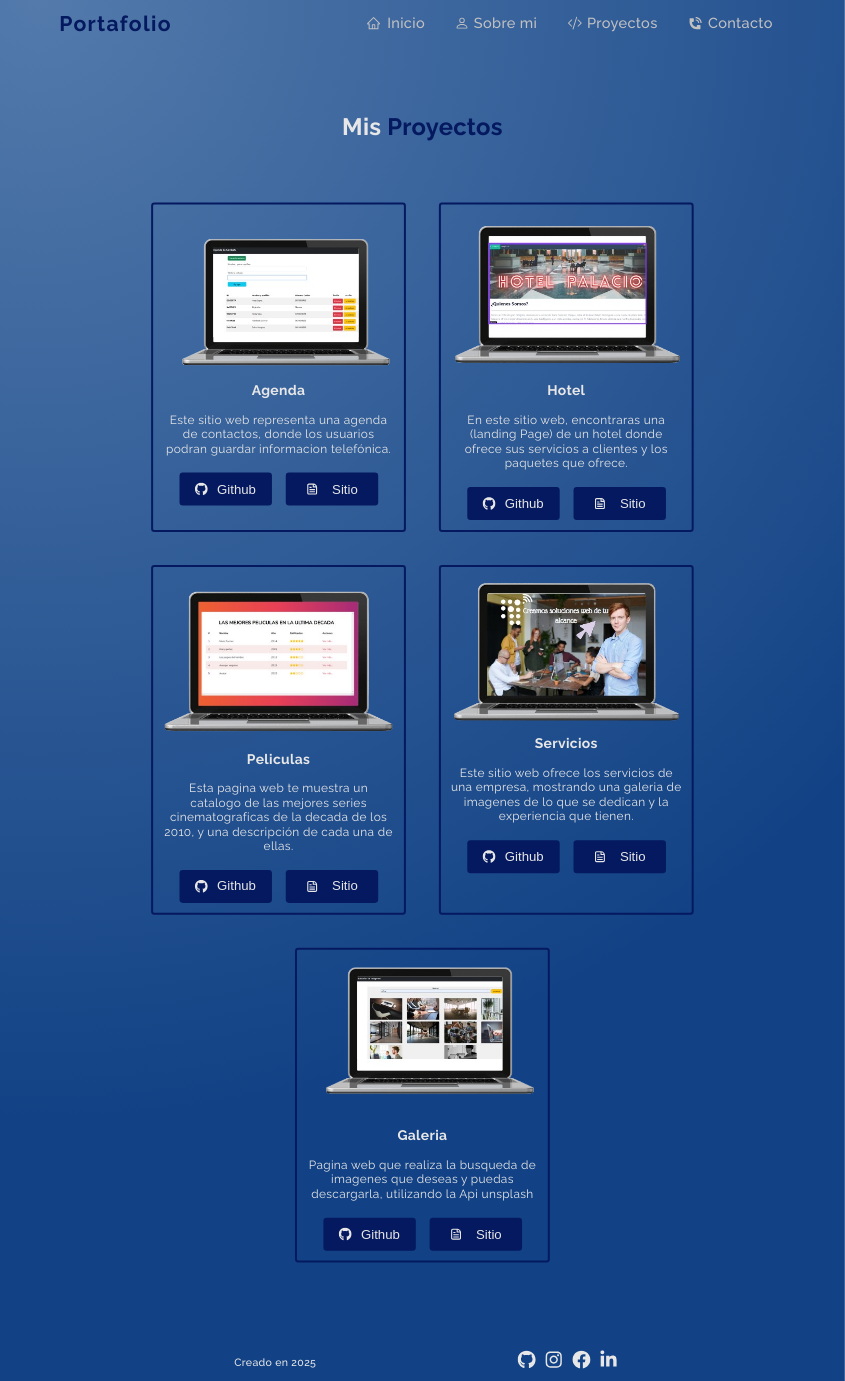
Repository: Francisco-Escobar99/portafolio
Page: /Project
These files come from the project's save history. The page is drawn as it stood at one moment and after the next save; the edit follows.
The browser window is 1280 px wide. The pictures show the whole page, at 66% of full size.
The project was rebuilt for these pictures with package versions that can differ from the ones it lists, and the page was loaded fresh each time. Also part of the build but not shown: vite.config.js, src/Components/Type.jsx, src/Components/Home.jsx, src/Components/Skills.jsx, src/Components/About.jsx, src/Components/Contact.jsx, src/App.css.

Above is the page before, as saved 2026-02-17 23:01:23.

### index.html
<!doctype html>
<html lang="en">
  <head>
    <meta charset="UTF-8" />
    <meta name="viewport" content="width=device-width, initial-scale=1.0" />
    <meta name="viewport"    content="width=device-width, initial-scale=1" />
    <meta name="author" content="Francisco Escobar">
    <meta name="description" content="Personal portfolio made using Reactjs"/>
    <meta property="og:title" content="Francisco Escobar portafolio">
    <meta property="og:type" content="Website">

    <title>Portafolio</title>
    <link href="https://fonts.googleapis.com/css2?family=Raleway:wght@100;400;500;700&display=swap" rel="stylesheet">
    <link rel="preconnect" href="https://fonts.googleapis.com">
    <link rel="preconnect" href="https://fonts.gstatic.com" crossorigin>
  </head>
  <body>
    <div id="root"></div>
    <script type="module" src="/src/main.jsx"></script>
  </body>
</html>

### src/App.jsx
import { Route, Routes, useLocation } from "react-router-dom";
import { useEffect, useState } from "react";
import { TransitionGroup, CSSTransition } from "react-transition-group";
import Nav from "./Components/Navbar";
import Footer from "./Components/Footer";
import Home from "./Components/Home";
import About from "./Components/About";
import Project from "./Components/Projects";
import Contact from "./Components/Contact";
import MoveToTop from "./Components/MoveToTop";
import CircleLoader from "react-spinners/CircleLoader";
import "./App.css";
2
function App() {
  const [loading, setLoading] = useState(true);
  const location = useLocation();

  useEffect(() => {
    setLoading(true);

    setTimeout(() => {
      setLoading(false);
    }, 1900);
  }, []);

  return (
    <div>
      {loading ? (
        <div className="loader">
          <CircleLoader
            color={"#011c38"}
            loading={true}
            size={100}
            aria-label="Loading Spinner"
            data-testid="loader"
          />
        </div>
      ) : (
        <>
          <Nav />
          <MoveToTop />

          <TransitionGroup>
            <CSSTransition key={location.key} classNames="fade" timeout={500}>
              <Routes location={location}>
                <Route path="/" element={<Home />} />
                <Route path="/About" element={<About />} />
                <Route path="/Project" element={<Project />} />
                <Route path="/Contact" element={<Contact />} />
              </Routes>
            </CSSTransition>
          </TransitionGroup>

          <Footer />
        </>
      )}
    </div>
  );
}

export default App;

### src/index.css
* {
  margin: 0;
  padding: 0;
}

#root {
  min-height: 100vh;
  position: relative;
  overflow-x: hidden;
  -webkit-tap-highlight-color: transparent;
  --color: #04195f;
}
body {
  font-family: "Raleway", sans-serif;
  background: radial-gradient(
    1700px circle at 4.48% 0%,
    #537aab 0%,
    #124285 100%
  );
  color: #e7e7e7;
  min-height: 100vh;
}

b {
  font-weight: 900;
  color: var(--color);
}

.loader {
  height: 100vh;
  display: flex;
  justify-content: center;
  align-items: center;
}
button {
  font-size: 20px;
  display: inline-flex;
  align-items: center;
  justify-content: space-evenly;
  width: 40%;
  margin: 25px 3% 0;
  padding: 10px;
  border-radius: 5px;
  background-color: var(--color);
  color: #e7e7e7;
  height: 50px;
  cursor: pointer;
  text-decoration: none;
  border-style: none;
}

button:hover {
  color: var(--color);
  background-color: #e7e7e7;
  transition: all ease-in-out 0.3s;
}

/* Scrollbar */
::-webkit-scrollbar {
  width: 10px;
  scroll-behavior: smooth;
}
::-webkit-scrollbar-track {
  background: #274656;
  border-radius: 100px;
}
::-webkit-scrollbar-thumb {
  background: #01111a;
  border-radius: 100px;
}

/* NAVBAR */

.Navbar {
  display: flex;
  justify-content: space-between;
  align-items: center;
  position: fixed;
  width: 100%;
  z-index: 2;
  height: 70px;
  top: 0;
  transition: all 0.7s;
}

.blur {
  background-color: #01111a8d;
  backdrop-filter: blur(15px);
  -webkit-backdrop-filter: blur(20px);
}

.Logo {
  font-size: 32px;
  letter-spacing: 2px;
  padding-left: 7%;
  color: var(--color);
  display: flex;
  align-items: center;
  text-align: center;
  cursor: pointer;
}

.NavbarLinks {
  display: flex;
  justify-content: space-between;
  align-items: center;
  padding-right: 7%;
  font-weight: 500;
  font-size: 22px;
}

.NavbarLinks li {
  padding: 2px 20px;
  list-style-type: none;
}

.NavbarLinks a {
  color: #c2c1c2;
  display: flex;
  align-items: center;
  justify-content: space-between;
  position: relative;
  width: 95%;
  padding: 2px 7px;
  letter-spacing: 0.5px;
  text-decoration: none;
}

.NavbarLinks a:hover {
  color: #ffffff;
}
.NavbarLinks a::after {
  background-color: #ffffff;
  content: "";
  position: absolute;
  height: 3px;
  left: 5px;
  bottom: 0;
  width: 0px;
  border-radius: 2px;
  transition: 0.3s;
}
.NavbarLinks a:hover:after {
  width: 95%;
}
.Hamburger {
  display: none;
}

@media (max-width: 800px) {
  .Navbar {
    width: 100%;
  }

  .NavbarLinks {
    font-size: 26px;
    display: flex;
    flex-direction: column;
    justify-content: flex-start;
    position: fixed;
    inset: 0 0 0 50%;
    gap: 50px;
    background-color: #0c2f69;
    height: 100vh;
    padding-top: max(20%, 120px);
    transform: translateX(100%);
    transition: 0.5s;
  }

  .showNavbar {
    transform: translateX(0);
  }

  .Hamburger {
    display: block;
    z-index: 2;
    padding: 5px;
    padding-right: 7%;
    cursor: pointer;
  }

  .bar {
    display: block;
    background-color: #e7e7e7;
    border-radius: 50px;
    height: 2.5px;
    width: 30px;
    margin: 6px;
    transition: 0.5s;
  }
  .barOne {
    rotate: -225deg;
    position: relative;
    top: 4px;
    transition: 0.5s;
  }
  .barTwo {
    display: none;
  }
  .barThree {
    position: relative;
    bottom: 4px;
    rotate: 225deg;
    transition: 0.5s;
  }
}

/* HOME PAGE */

.HomePage {
  display: flex;
  justify-content: space-evenly;
  min-height: 80vh;
  margin-top: 100px;
  margin-bottom: -50px;
  align-items: center;
}
.HomeText h1 {
  font-weight: 600;
  font-size: 38px;
  letter-spacing: 0.7px;
  padding-top: 10px;
}

.TypeEffect {
  padding: 25px 0px;
  font-weight: 600;
  font-size: 32px;
  letter-spacing: 0.6px;
}
.Avatar {
  height: 355px;
  width: 600px;
  mix-blend-mode: screen;
}

@media (max-width: 900px) {
  .HomePage {
    display: block;
    text-align: center;
    margin-top: 150px;
    padding: 25px;
  }
  .HomeText {
    text-align: left;
    display: inline-block;
  }
}

@media (max-width: 500px) {
  .HomePage {
    min-height: 70vh;
  }
  .NavbarLinks {
    inset: 0 0 0 30%;
  }
  .HomeText h1 {
    font-weight: 500;
    font-size: 28px;
  }
  .TypeEffect {
    font-weight: 500;
    font-size: 24px;
  }
}

/* ABOUT */

.AboutPage {
  display: flex;
  justify-content: space-evenly;
  min-height: 80vh;
  margin-top: 100px;
  align-items: center;
  padding: 25px;
}

.AboutText {
  width: 50%;
  font-weight: 500;
  font-size: 20px;
  line-height: 30px;
  letter-spacing: 1.2px;
}
.AboutTextHeading {
  font-size: 35px;
  font-weight: 600;
  padding-bottom: 40px;
}
.AboutText a {
  color: var(--color);
  text-decoration: underline;
  font-weight: bold;
}

.PortadaAvatar{
  height: 400px;
  width: 440px;

}

@media (max-width: 900px) {
  .AboutPage {
    display: block;
    text-align: center;
    padding: 30px;
  }
  .AboutText {
    text-align: left;
    display: inline-block;
    width: 95%;
    line-height: 24px;
    letter-spacing: 0.6px;
    margin-bottom: 80px;
  }
  .AboutTextHeading {
    font-size: 26px;
  }

  .Avatar {
    width: 200px;
    margin-bottom: 75px;
  }

  .PortadaAvatar{
      width: 300px;
      margin-bottom: 70px;
  }
}

/* Skills section */
.skills {
  display: flex;
  flex-wrap: wrap;
  justify-content: center;
  margin: 50px 10%;
}

.SkillBox {
  width: max(15%, 150px);
  height: 150px;
  display: flex;
  align-items: center;
  justify-content: center;
  margin: 0px 25px 25px 0px;
  border: 3px solid var(--color);
  font-size: 64px;
  border-radius: 5px;
  transition: 0.5s;
}
.SkillBox:hover {
  transform: scale(1.2);
  background-color: var(--color);
  border: none;
}

.SkillsHeading {
  text-align: center;
  margin: 50px 10px;
  font-size: 36px;
  letter-spacing: 0.6px;
}

@media (max-width: 500px) {
  .AboutText {
    font-size: 16px;
  }
  .Avatar {
    width: 200px;
    margin-bottom: 25px;
  }

  .SkillsHeading {
    font-size: 26px;
  }
  .SkillBox {
    width: 100px;
    height: 100px;
    font-size: 50px;
  }
}
/* Project */
.projectHeading {
  text-align: center;
  padding: 70px 0;
  letter-spacing: 0.4px;
  font-size: 36px;
  margin-top: 100px;
}

.project {
  display: flex;
  flex-wrap: wrap;
  justify-content: center;
  margin: 25px 5%;
}

.projectBox {
  width: 350px;
  border: 3px solid var(--color);
  border-radius: 5px;
  text-align: center;
  padding: 15px;
  letter-spacing: 0.5px;
  font-size: 18px;
  line-height: 22px;
  margin: 0px 25px 50px 25px;
  transition: 0.5s;
}
.projectBox:hover {
  transform: scale(1.05);
  background-color: rgb(27, 39, 125);
}

.projectPhoto {
  display: block;
  width: 100%;
  margin: 0px 0px;
}

/* FOOTER */

footer {
  width: 90%;
  height: 40px;
  margin: 10px auto;
  margin-top: 80px;
  letter-spacing: 0.5px;
  display: flex;
  flex-wrap: wrap;
  align-items: center;
  justify-content: space-evenly;
  position: relative;
  bottom: 0px;
  text-align: center;
}

footer h4 {
  margin: 0 25px;
  font-weight: 500;
}

.footerLinks {
  display: flex;
  width: 180px;
  font-size: 28px;
  justify-content: space-evenly;
}

.footerLinks a {
  text-decoration: none;
  color: inherit;
}
.footerLinks a:hover {
  scale: 1.5;
  color: var(--color);
  transition: all ease-in-out 0.3s;
}

@media (max-width: 750px) {
  footer {
    height: 110px;
  }
}

.contact-container {
  position: relative;
  margin-top: 50%;
  padding: 20px;
  border-radius: 10px;
  max-width: 400px;
  margin: auto;
}

.contact-container h2 {
  margin-top: 30%;
  text-align: center;
  color: var(--color);
}

.form-group {
  margin-bottom: 20px;
}

.form-group label {
  display: block;
  margin-bottom: 5px;
  color: #ffffff;
}

.form-group input,
.form-group textarea {
  width: 100%;
  padding: 10px;
  border: none;
  border-radius: 5px;
}

.form-group textarea {
  height: 100px;
}
a .submit-btn {
  margin: 0 auto;
  display: flex;
  width: 60%;
}
a {
  text-decoration: none;
}
.submitted-message {
  text-align: center;
  color: #ffffff;
  font-weight: bold;
  margin-top: 20px;
}

### src/Components/Navbar.jsx
import React from "react";
import { useState } from "react";
import { Link } from "react-router-dom";
import { AiOutlineHome } from "react-icons/ai";
import { BsPerson, BsCodeSlash } from "react-icons/bs";
import { CgPhone } from "react-icons/cg";

const Nav = () => {
  const [navbarblur, setnavbarblur] = useState(false);

  function scrollHandler() {
    if (window.scrollY >= 20) {
      setnavbarblur(true);
    } else {
      setnavbarblur(false);
    }
  }

  var showMenu = () => {
    var bar = document.getElementsByClassName("bar");
    var ham = document.getElementsByClassName("NavbarLinks");
    bar[0].classList.toggle("barOne");
    bar[1].classList.toggle("barTwo");
    bar[2].classList.toggle("barThree");

    ham[0].classList.toggle("showNavbar");
  };

  var hideMenu = () => {
    var bar = document.getElementsByClassName("bar");
    var ham = document.getElementsByClassName("NavbarLinks");
    bar[0].classList.remove("barOne");
    bar[1].classList.remove("barTwo");
    bar[2].classList.remove("barThree");
    ham[0].classList.remove("showNavbar");
  };

  window.addEventListener("scroll", scrollHandler);

  return (
    <nav className={navbarblur ? "Navbar blur" : "Navbar"} translate="no">
      <h1
        title="Reload"
        onClick={() => window.location.reload(true)}
        className="Logo"
      >
        Portafolio
      </h1>

      <div className="Hamburger" onClick={showMenu}>
        <span className="bar"></span>
        <span className="bar"></span>
        <span className="bar"></span>
      </div>

      <ul className="NavbarLinks">
        <li onClick={hideMenu}>
          <Link to="/">
            <AiOutlineHome /> Inicio
          </Link>
        </li>
        <li onClick={hideMenu}>
          <Link to="/About">
            <BsPerson /> Sobre mi
          </Link>
        </li>
        <li onClick={hideMenu}>
          <Link to="/Project">
            <BsCodeSlash /> Proyectos
          </Link>
        </li>
        <li onClick={hideMenu}>
          <Link to="/Contact">
            <CgPhone />
            Contacto
          </Link>
        </li>
      </ul>
    </nav>
  );
};

export default Nav;

### src/Components/Footer.jsx
import React from "react";
import { FaGithub, FaInstagram, FaFacebook, FaLinkedinIn  } from "react-icons/fa";


const Footer = () => {
  const date = new Date();
  let year = date.getFullYear();
  return (
    <footer>
      <h4>Creado en {year} </h4>
      <div className="footerLinks">
        <a href="https://github.com/Francisco-Escobar99" target="_blank">
          <FaGithub />
        </a>
        <a href="https://www.instagram.com/francisco_escobar05/" target="_blank">
          <FaInstagram />
        </a>
        <a href="https://www.facebook.com/franciscoantonio.escobarovilla/" target="_blank">
          <FaFacebook />
        </a>
        <a href="https://www.linkedin.com/in/francisco-antonio-escobar-ovilla-326920212/" target="_blank">
          <FaLinkedinIn />
        </a>
      </div>
    </footer>
  );
};

export default Footer;

### src/Components/Projects.jsx
import React from "react";
import ProjectBox from "./ProjectBox";
import AgendaImage from "../images/Agenda.png";
import HotelImage from "../images/Hotel.png";
import PeliculasImage from "../images/MejoresPeliculas.png";
import ServicioImage from "../images/Servicio.png";
import GaleriaImage from "../images/Galeria.png"

const Projects = () => {
  return (
    <div>
      <h1 className="projectHeading">
        Mis <b>Proyectos</b>
      </h1>
      <div className="project">
        <ProjectBox projectPhoto={AgendaImage} projectName="Agenda" />
        <ProjectBox projectPhoto={HotelImage} projectName="Hotel" />
        <ProjectBox projectPhoto={PeliculasImage} projectName="Peliculas" />
        <ProjectBox projectPhoto={ServicioImage} projectName="Servicios" />
        <ProjectBox projectPhoto={GaleriaImage} projectName="Galeria"/>
      </div>
    </div>
  );
};

export default Projects;

### src/Components/MoveToTop.jsx
import { useEffect } from "react";
import { useLocation } from "react-router-dom";

const MoveToTop = () => {
  const path = useLocation();

  useEffect(() => {
    window.scrollTo(0, 0);
  }, [path]);
};

export default MoveToTop;

### src/Components/ProjectBox.jsx
import React from "react";
import { FaGithub } from "react-icons/fa";
import { CgFileDocument } from "react-icons/cg";

const ProjectBox = ({ projectPhoto, projectName }) => {
  const desc = {
    AgendaDesc:
      "Este sitio web representa una agenda de contactos, donde los usuarios podran guardar informacion telefónica.",
    AgendaGithub: "https://github.com/Francisco-Escobar99/agenda",
    AgendaWebsite: "https://agenda-contact.netlify.app/",

    HotelDesc:
      "En este sitio web, encontraras una (landing Page) de un hotel donde ofrece sus servicios a clientes y los paquetes que ofrece.",
    HotelGithub: "https://github.com/Francisco-Escobar99/LandingPageHotel",
    HotelWebsite: "https://hotelpalacio.netlify.app/",

    PeliculasDesc:
      "Esta pagina web te muestra un catalogo de las mejores series cinematograficas de la decada de los 2010, y una descripción de cada una de ellas.",
    PeliculasGithub: "https://github.com/Francisco-Escobar99/MejoresPeliculasD",
    PeliculasWebsite: "https://francisco-escobar99.github.io/MejoresPeliculasD/",

    ServiciosDesc:
      "Este sitio web ofrece los servicios de una empresa, mostrando una galeria de imagenes de lo que se dedican y la experiencia que tienen.",
    ServiciosGithub: "https://github.com/Francisco-Escobar99/ProyectoCybac",
    ServiciosWebsite: "https://empresa-info.netlify.app/",

    GaleriaDesc:
    "Pagina web que realiza la busqueda de imagenes que deseas y puedas descargarla, utilizando la Api unsplash",
    GaleriaGithub: "https://github.com/Francisco-Escobar99/galeria",
    GaleriaWebsite: "https://galeria-imagenes00.netlify.app/",
  };

  return (
    <div className="projectBox" translate="no">
      <img className="projectPhoto" src={projectPhoto} alt="Project display" />
      <div>
        <br />
        <h3>{projectName}</h3>
        <br />
        {desc[projectName + "Desc"]}
        <br />

        <a href={desc[projectName + "Github"]} target="_blank">
          <button className="projectbtn">
            <FaGithub /> Github
          </button>
        </a>

        <a href={desc[projectName + "Website"]} target="_blank">
          <button className="projectbtn">
            <CgFileDocument /> Sitio
          </button>
        </a>
      </div>
    </div>
  );
};
export default ProjectBox;

Loaded but not shown: src/main.jsx (common file)

After the next save:
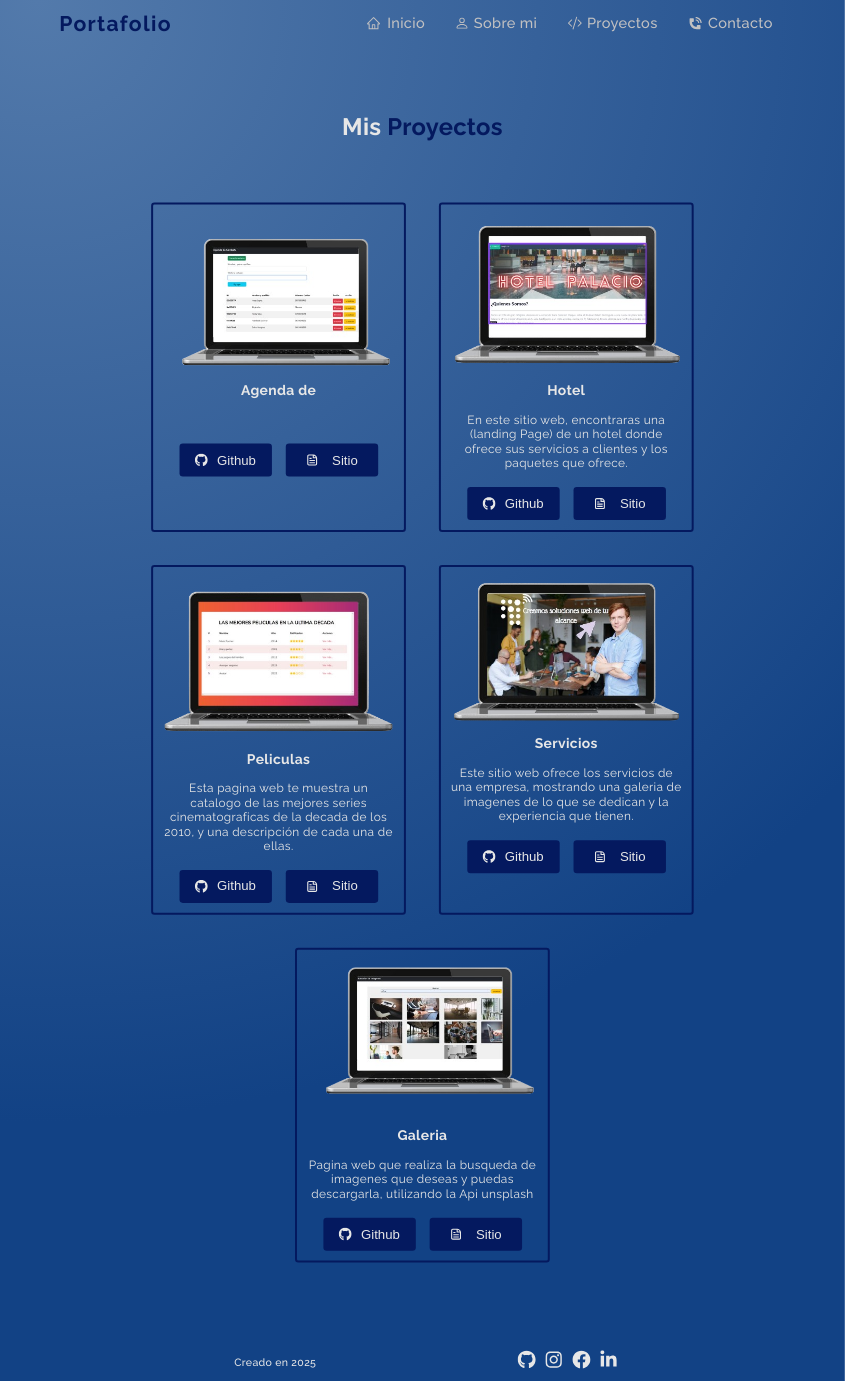
Saved 7 min 22 s later.
--- a/src/Components/Projects.jsx
+++ b/src/Components/Projects.jsx
@@ -13,7 +13,7 @@
         Mis <b>Proyectos</b>
       </h1>
       <div className="project">
-        <ProjectBox projectPhoto={AgendaImage} projectName="Agenda" />
+        <ProjectBox projectPhoto={AgendaImage} projectName="Agenda de " />
         <ProjectBox projectPhoto={HotelImage} projectName="Hotel" />
         <ProjectBox projectPhoto={PeliculasImage} projectName="Peliculas" />
         <ProjectBox projectPhoto={ServicioImage} projectName="Servicios" />
